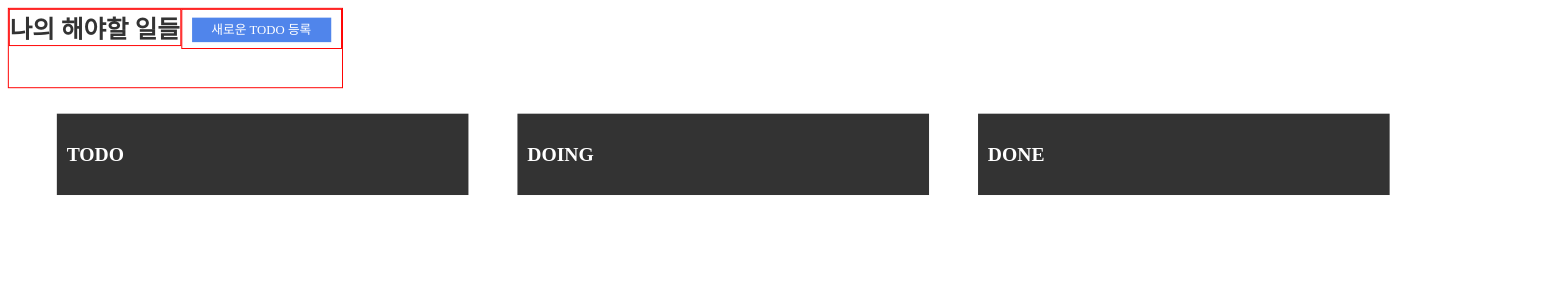
Repository: estellechoi/jsp-project-todo
Page: http://localhost/todo/MainServlet
These files come from the project's save history. The page is drawn as it stood at one moment and after the next save; the edit follows.
The browser window is 1280 px wide. The page is 1418 px wide, then 1594 px, so the pictures cover 1594 px, including what lies to the right of the window. The pictures show the whole page, at 98% of full size.
The page is served by Tomcat 9. Other server files are loaded and not shown. Queries for data that is not in the repository find no rows.

Above is the page before, as saved 2019-12-08 08:08:37.

### todo/src/main/webapp/jsp/main.jsp
<%@page import="kr.co.todo.dto.TodoDto"%>
<%@page import="java.util.List"%>
<%@ page language="java" contentType="text/html; charset=UTF-8"
    pageEncoding="UTF-8"%>
<%@ taglib prefix="c" uri="http://java.sun.com/jsp/jstl/core" %>

<!DOCTYPE html>
<html>
<head>
<meta charset="UTF-8">
<title>나의 해야할 일들</title>
<style>
	section {
		display: flex;
	}

	ul {
		margin-left: 10px;
	}

	li {
		list-style-type: none;
		margin-top: 10px;
	}

	header {
  		height: 80px;
/*  		padding: 20px 20px 20px 20px; */
		border: 1px solid red;
		display: inline-block;
		vertical-align: middle;
	}

	#header_logo {
		color: #333333;
		font-weight: bold;
		font-size: 25px;
		float: left;
		border: 1px solid red;
	}

	#header_btns {
		float: right;
		padding: 10px;
		border: 1px solid red;
	}

	#header_btns > #btn_skyblue_white {
		background: #5085EB;
		color: white;
		padding: 5px 20px;
		text-decoration: none;
		font-size: 13px;
	}

	.type_columns {
		width: 400px;
		padding: 30px 10px;
		background: #333333;
		color: white;
		font-size: 20px;
		font-weight: bold;
	}

	.content_list {
		position: relative;
		width: 400px;
		padding: 20px 10px;
		background: #d2d2d2;
		color: #333333;
	}

	.title {
		font-weight: bold;
		letter-spacing: 2px;
	}

	.content {
		font-size: 13px;
		margin-top: 20px;
	}
	.btn_update {
		position: absolute;
		top: 50px;
		left: 370px;
		text-decoration: none;
		color: #333333;
		font-weight: bold;
	}
	.btn_delete {
		position: absolute;
		top: 50px;
		left: 370px;
		text-decoration: none;
		color: #ED6653;
		font-weight: bold;
	}

</style>
</head>
<body>
	<header>
		<div id="header_logo">나의 해야할 일들</div>
		<nav id="header_btns">
			<a id="btn_skyblue_white" href="TodoFormServlet">새로운 TODO 등록</a>
		</nav>
	</header>
	<!-- section 시작  -->
	<section>
		<!-- TODO -->
		<ul id="todo">
			<li class="type_columns">TODO</li>
			<c:forEach items="${requestScope.getTodos}" var="todoDto">
				<!-- todoDto.type 이 'TODO' 인 것만 출력 -->
				<c:if test="${todoDto.type eq 'TODO'}">
					<li class="content_list" id="${todoDto.id}">
						<span class="title">${todoDto.title}</span> <br />
						<span class="content">등록날짜 : ${todoDto.regDate}, ${todoDto.name}, 우선순위 ${todoDto.sequence}</span>
						<a class="btn_update" href="javascript:updateType('${todoDto.id}', '${todoDto.type}')">변경</a>
					</li>
				</c:if>
			</c:forEach>
		</ul>
		<!-- DOING -->
		<ul id="doing">
			<li class="type_columns">DOING</li>
			<c:forEach items="${requestScope.getTodos}" var="todoDto">
				<!-- 'DOING' 인 것만 출력 -->
				<c:if test="${todoDto.type eq 'DOING'}">
					<li class="content_list" id="${todoDto.id}">
						<span class="title">${todoDto.title}</span> <br />
						<span class="content">등록날짜 : ${todoDto.regDate}, ${todoDto.name}, 우선순위 ${todoDto.sequence}</span>
						<a class="btn_update" href="javascript:updateType('${todoDto.id}', '${todoDto.type}')">완료</a>
					</li>
				</c:if>
			</c:forEach>
		</ul>
		<!-- DONE -->
		<ul id="done">
			<li class="type_columns">DONE</li>
			<c:forEach items="${requestScope.getTodos}" var="todoDto">
				<!-- 'DONE' 인 것만 -->
				<c:if test="${todoDto.type eq 'DONE'}">
					<li class="content_list" id="${todoDto.id}">
						<span class="title">${todoDto.title}</span> <br />
						<span class="content">등록날짜 : ${todoDto.regDate}, ${todoDto.name}, 우선순위 ${todoDto.sequence}</span>
						<a class="btn_delete" href="javascript:updateType('${todoDto.id}', '${todoDto.type}')">지우기</a>
					</li>
				</c:if>
			</c:forEach>
		</ul>
	</section>
	<!-- js 경로를 찾을 때 ContextPath 넣지 않는 방법은 ? -->
	<script type="text/javascript" src="<%=request.getContextPath()%>/etc/updatelist.js"></script>
</body>
</html>

### todo/src/main/java/kr/co/todo/servlet/MainServlet.java
package kr.co.todo.servlet;

import java.io.IOException;
import java.sql.SQLException;
import java.util.List;

import javax.servlet.RequestDispatcher;
import javax.servlet.ServletException;
import javax.servlet.annotation.WebServlet;
import javax.servlet.http.HttpServlet;
import javax.servlet.http.HttpServletRequest;
import javax.servlet.http.HttpServletResponse;

import kr.co.todo.dao.TodoDao;
import kr.co.todo.dto.TodoDto;

@WebServlet("/MainServlet")
public class MainServlet extends HttpServlet {
	private static final long serialVersionUID = 1L;

	public MainServlet() {
		super();

	}

	protected void doGet(HttpServletRequest request, HttpServletResponse response)
			throws ServletException, IOException {

		TodoDao todoDao = new TodoDao();

		// 모든 레코드 조회
		List<TodoDto> list = todoDao.getTodos();
		request.setAttribute("getTodos", list);

		// main.jsp 로 포워드 하기
		RequestDispatcher requestDispatcher = request.getRequestDispatcher("/jsp/main.jsp");
		requestDispatcher.forward(request, response);

	}

}

### todo/src/main/java/kr/co/todo/dao/TodoDao.java
package kr.co.todo.dao;

import java.sql.Connection;
import java.sql.DriverManager;
import java.sql.PreparedStatement;
import java.sql.ResultSet;
import java.sql.SQLException;
import java.sql.Statement;
import java.util.ArrayList;
import java.util.List;

import kr.co.todo.dto.TodoDto;

public class TodoDao {

	String dbUrl = "jdbc:mysql://localhost:3306/youjin?useSSL=false&serverTimezone=UTC&autoReconnection=true";
	String dbUser = "estellechoi";
	String dbPwd = "yk0425";

	// Main.jsp 에 표시될 전체 toto 목록
	public List<TodoDto> getTodos() {

		// 드라이버 로드
		try {
			Class.forName("com.mysql.cj.jdbc.Driver");
		} catch (ClassNotFoundException e) {
			e.printStackTrace();
		}

		List<TodoDto> list = new ArrayList<TodoDto>();

		String sql = "select id, name, regdate, sequence, title, type from todo";

		try (Connection conn = DriverManager.getConnection(dbUrl, dbUser, dbPwd);
				Statement stmt = conn.createStatement()){

			try (ResultSet rs = stmt.executeQuery(sql)) {
				while (rs.next()) {
					TodoDto todoDto = new TodoDto(rs.getInt("id"), rs.getString("name"), rs.getString("regdate"), rs.getInt("sequence"), rs.getString("title"), rs.getString("type"));
					list.add(todoDto);
				}
			}
			catch (Exception e) {
				e.printStackTrace();
			}
		}
		catch (Exception e) {
			e.printStackTrace();
		}

		return list;
	}

	// 할 일 등록
	public int addTodo(TodoDto todoDto) {

		try {
			Class.forName("com.mysql.cj.jdbc.Driver");
		} catch (ClassNotFoundException e) {
			e.printStackTrace();
		}

		int insertCount = 0;
		String sql = "insert into todo(title, name, sequence, regdate) values(?,?,?, now())";

		try (Connection conn = DriverManager.getConnection(dbUrl, dbUser, dbPwd);
			PreparedStatement pstmt = conn.prepareStatement(sql)) {
				pstmt.setString(1, todoDto.getTitle());
				pstmt.setString(2, todoDto.getName());
				pstmt.setInt(3, todoDto.getSequence());
				insertCount = pstmt.executeUpdate(); // CREATE / DROP 관련 구문에서는 -1 을 반환
		}
		// what about nullpointerexception ?
		catch (SQLException e) {
			e.printStackTrace();
		}

		return insertCount;
	}

	public int updateTodo(TodoDto todoDto) {

		try {
			Class.forName("com.mysql.cj.jdbc.Driver");
		} catch (ClassNotFoundException e) {
			e.printStackTrace();
		}

		int updateCount = 0;
		String sql = "update todo set type = ? where id = ?";

		try (Connection conn = DriverManager.getConnection(dbUrl, dbUser, dbPwd);
				PreparedStatement pstmt = conn.prepareStatement(sql)){
			pstmt.setString(1, todoDto.getType());
			pstmt.setLong(2, todoDto.getId());
			updateCount = pstmt.executeUpdate();
		} catch (SQLException e) {
			e.printStackTrace();
		}

		return updateCount;
	}

	public int deleteTodo(long id) {
		try {
			Class.forName("com.mysql.cj.jdbc.Driver");
		} catch (ClassNotFoundException e) {
			e.printStackTrace();
		}

		int deleteCount =0;
		String sql = "delete from todo where id = " + id;

		try (Connection conn = DriverManager.getConnection(dbUrl, dbUser, dbPwd);
				Statement stmt = conn.createStatement()){
			deleteCount = stmt.executeUpdate(sql);
		}
		catch (SQLException e) {
			e.printStackTrace();
		}

		return deleteCount;
	}
}

### todo/src/main/webapp/etc/updatelist.js
/**
 *
 */

	function updateType(id, type) {

		var oReq = new XMLHttpRequest(); // oReq.UNSENT == 0

		// 이벤트 리스너 콜백함수 등록
		/*
		oReq.addEventListener("load", function() {
			if (this.responseText == "success") {
				// 프론트 처리
			}
		});
		*/

		// onreadystatechange 대신에 onload를 사용해도 됩니다. 요청 완료만 잡아내도 된다면요.
		oReq.onreadystatechange = function() {
			if (oReq.readyState == oReq.DONE) { // 요청이 완료되면 (oReq.DONE == 4)
				if (oReq.status == 200 || oReq.status == 201) {
					if (oReq.responseText == "success") {
						// responseText : 현재까지 읽은 응답의 전체 값을 반환
						// 프론트 처리
						alert(oReq.responseText);
						// 리스트 재정렬 함수 호출
						updateList(id, type);
					}
				}
				else {
					console.error(this.responseText);
				}
			}
		}

		oReq.open("GET", "TodoTypeServlet?id=" + id + "&type=" + type); // oReq.OPENED == 1
		oReq.send(); // oReq.HEADERS_RECEIVED (2) -> LOADING (3) -> DONE (4)
	}

	function updateList(id, type) {
		const targetList = document.getElementById(id);

		switch(type) {
		case "TODO" :
			document.querySelector("#todo").removeChild(targetList);
			document.querySelector("#doing").append(targetList);
			break;
		case "DOING" :
			document.querySelector("#doing").removeChild(targetList);
			document.querySelector("#done").append(targetList);
			break;
		case "DONE" :
			document.querySelector("#done").removeChild(targetList);
			break;
		default:
			break;

		}
	}

After the next save:
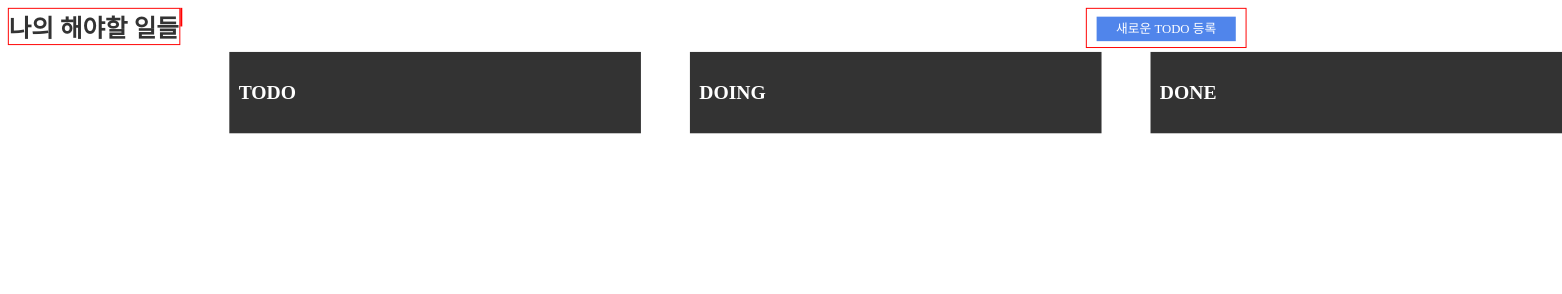
Saved 19 s later.
--- a/todo/src/main/webapp/jsp/main.jsp
+++ b/todo/src/main/webapp/jsp/main.jsp
@@ -27,7 +27,7 @@
   		height: 80px;
 /*  		padding: 20px 20px 20px 20px; */
 		border: 1px solid red;
-		display: inline-block;
+		display: inline;
 		vertical-align: middle;
 	}
 
